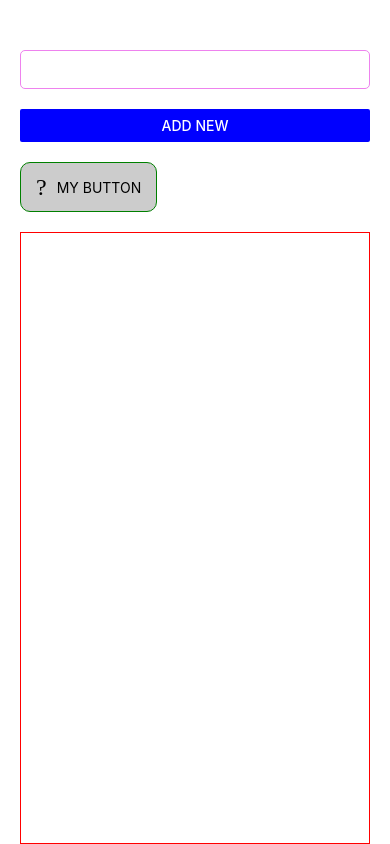
Repository: LuongPTCE181311/React-Native-Ultimate
Screen: /
These files come from the project's save history. The screen is drawn as it stood at one moment and after a run of saves; the edit follows.
The app was drawn by React Native's web renderer in a window 390 px wide. The project was rebuilt for these pictures with package versions that can differ from the ones it lists, and the page was loaded fresh each time. Some packages were replaced by stand-ins written for this rebuild.

Above is the screen before, as saved 2026-06-16 15:23:05.

After the next 3 saves:
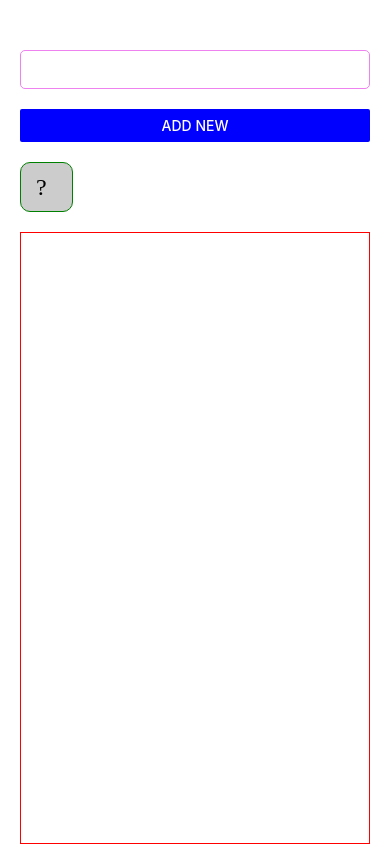
The 3 saves are shown as one change because they came seconds apart.
The last was saved 55 s later.
--- a/components/button/mini.button.tsx
+++ b/components/button/mini.button.tsx
@@ -37,7 +37,7 @@ const MineButton = (props: IProps) => {
                     name="plus-circle"
                     size={24} color="black"
                 />
-                <Text style={styles.text}>my button</Text>
+                <Text style={styles.text}>{title}</Text>
             </View>
         </Pressable>
     )
